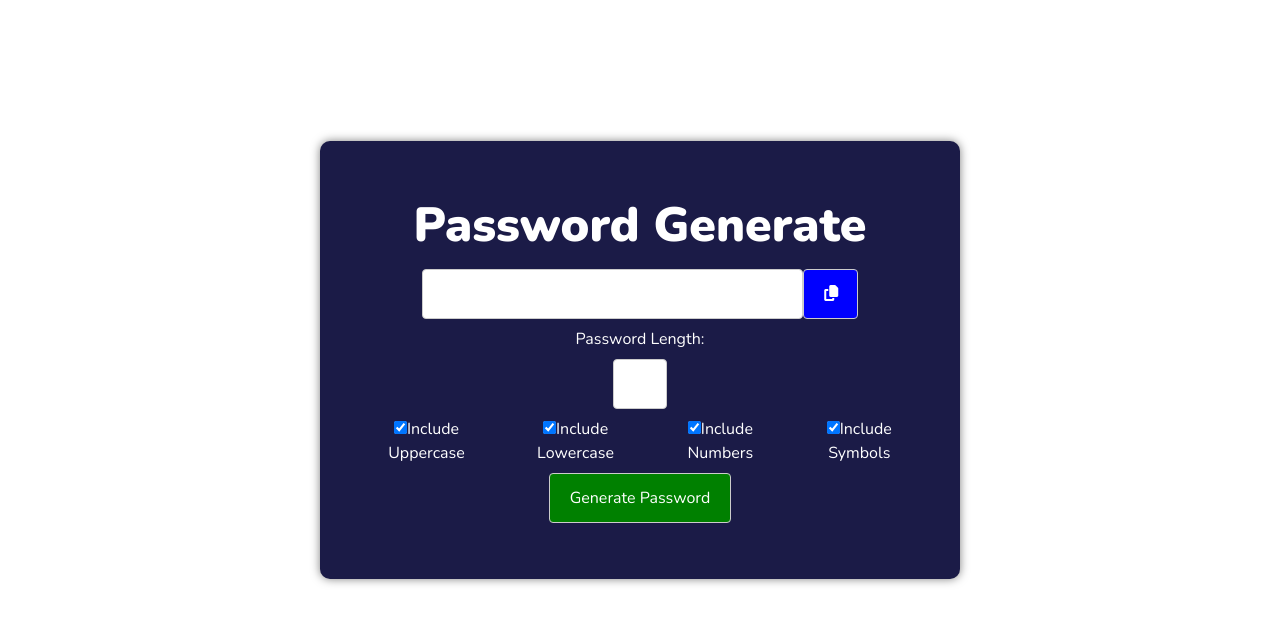
Repository: sriram1224/Password-generator
Page: / (app in password-generator/)
The author's editor kept a copy of each file at every save. The page is drawn from the files as they stood at one save, then again after the next save.
The browser window is 1280 px wide. The pictures show the whole page.
Some web fonts or font styles are not loaded; a fallback is used. Some web libraries are served in a nearby version. The project was rebuilt for these pictures with package versions that can differ from the ones it lists, and the page was loaded fresh each time.

Above is the page before, as saved 2024-03-10 22:00:38.

### password-generator/public/index.html
<!DOCTYPE html>
<html lang="en">

<head>
  <meta charset="utf-8" />
  <link rel="icon" href="%PUBLIC_URL%/favicon.ico" />
  <meta name="viewport" content="width=device-width, initial-scale=1" />
  <meta name="theme-color" content="#000000" />
  <meta name="description" content="Web site created using create-react-app" />

  <link rel="apple-touch-icon" href="%PUBLIC_URL%/logo192.png" />
  <link rel="stylesheet" href="https://cdnjs.cloudflare.com/ajax/libs/font-awesome/6.5.1/css/all.min.css"
    integrity="sha512-DTOQO9RWCH3ppGqcWaEA1BIZOC6xxalwEsw9c2QQeAIftl+Vegovlnee1c9QX4TctnWMn13TZye+giMm8e2LwA=="
    crossorigin="anonymous" referrerpolicy="no-referrer" />
  <link rel="manifest" href="%PUBLIC_URL%/manifest.json" />

  <title>React App</title>
</head>

<body>
  <noscript>You need to enable JavaScript to run this app.</noscript>
  <div id="root"></div>
  <script src="https://cdn.tailwindcss.com"></script>
</body>

</html>

### password-generator/src/App.js
import PasswordGenerator from './Components/content.js';
import './App.css';

function App() {
  return (
    <div className="App">
       <PasswordGenerator />

    </div>
  );
}

export default App;

### password-generator/src/Components/content.js
import React, { useState } from 'react';
import "./content.css"
const PasswordGenerator = () => {
  const [includeUppercase, setIncludeUppercase] = useState(true);

    const [includeLowercase, setIncludeLowercase] = useState(true);
  const [includeNumbers, setIncludeNumbers] = useState(true);

    const [includeSymbols, setIncludeSymbols] = useState(true);
  const [password, setPassword] = useState('');
  const [passwordLength, setPasswordLength] = useState(8);

  const generatePassword = () => {


      const uppercaseChars = 'ABCDEFGHIJKLMNOPQRSTUVWXYZ';
    const lowercaseChars = 'abcdefghijklmnopqrstuvwxyz';
    const numberChars = '0123456789';

      const symbolChars = '!@#$%^&*()_+-=[]{}|;:,.<>?';

    let chars = '';
    if (includeUppercase) chars += uppercaseChars;

      if (includeLowercase) chars += lowercaseChars;
    if (includeNumbers) chars += numberChars;

      if (includeSymbols) chars += symbolChars;

    let generatedPassword = '';

      for (let i = 0; i < passwordLength; i++) {
      const randomIndex = Math.floor(Math.random() * chars.length);
      generatedPassword += chars[randomIndex];
    }

      setPassword(generatedPassword);
  };

  const copyToClipboard = () => {
    navigator.clipboard.writeText(password);
  };

  return (
    <div class="main">

      <h1>Password Generate</h1>
      <div>
        <input type="text" readOnly value={password} class="text-input"	 />
        <button onClick={copyToClipboard} class="copy"><i class="fa-solid fa-copy"></i></button>
          </div>
          <div>
        <label>
                  Password Length:
                  <br></br>
          <input type="number" value={passwordLength} class="input-numbers" onChange={(e) => setPasswordLength(parseInt(e.target.value))} />
        </label>
          </div>
          <div class="checkboxed">
               <div>
        <label>
          <input type="checkbox" checked={includeUppercase} onChange={() => setIncludeUppercase(!includeUppercase)} />
          Include Uppercase
        </label>
      </div>
      <div>
        <label>
          <input type="checkbox" checked={includeLowercase} onChange={() => setIncludeLowercase(!includeLowercase)} />
          Include Lowercase
        </label>
      </div>
      <div>
        <label>
          <input type="checkbox" checked={includeNumbers} onChange={() => setIncludeNumbers(!includeNumbers)} />
          Include Numbers
        </label>
      </div>
      <div>
        <label>
          <input type="checkbox" checked={includeSymbols} onChange={() => setIncludeSymbols(!includeSymbols)} />
          Include Symbols
        </label>
              </div>
            </div>

          <button onClick={generatePassword} class="generate">Generate Password</button>
    </div>
  );
};

export default PasswordGenerator;

### password-generator/src/Components/content.css

@import url('https://fonts.googleapis.com/css2?family=Noto+Sans:ital,wght@0,100..900;1,100..900&family=Nunito:ital,wght@0,200..1000;1,200..1000&family=Protest+Revolution&display=swap');
*{
    margin: 0;
    padding: 0;
    box-sizing: border-box;
    font-family: 'Nunito', sans-serif;
}
.text-input{
    width: 70%;
    padding: 12px 20px;
    margin: 8px 0;
    display: inline-block;
    border: 1px solid #ccc;
    border-radius: 4px;
    box-sizing: border-box;
}
.copy{
    width: 10%;
    padding: 12px 20px;
    margin: 8px 0;
    display: inline-block;
    border: 1px solid #ccc;
    border-radius: 4px;
    box-sizing: border-box;
    background-color: blue;
    color: white;
}
.checkboxed{
    display: flex;
    gap: 2rem;
}
.generate{

    padding: 12px 20px;
    margin: 8px 0;
    display: inline-block;
    border: 1px solid #ccc;
    border-radius: 4px;
    box-sizing: border-box;
    background-color: green;
    color: white;
}
.input-numbers{
    width: 10%;
    padding: 12px 5px;
    margin: 8px 0;
    display: inline-block;
    border: 1px solid #ccc;
    border-radius: 4px;
    box-sizing: border-box;
}
@media screen and (max-width: 1100px) {


    .generate,
    .input-numbers {
        width: 100%;
    }

    .checkboxed {
        flex-direction: column;
        gap: 1rem;
    }
}
.main {
    padding: 3rem;
    border-radius:10px;
    background-color:rgb(27, 27, 71);
    color:white;
    box-shadow: 0px 0px 10px rgba(0, 0, 0, 0.5);
    /* Adjust as needed */
    position: absolute;
    top: 50%;
    left: 50%;
    transform: translate(-50%, -50%);
    /* Add width and height if necessary */
}
.main h1{
    font-size: 3rem;
    font-weight: 900;
}

Loaded but not shown: password-generator/src/index.js (common file); password-generator/src/index.css (common file); password-generator/src/reportWebVitals.js (common file); password-generator/src/App.css (common file)

After the next save:
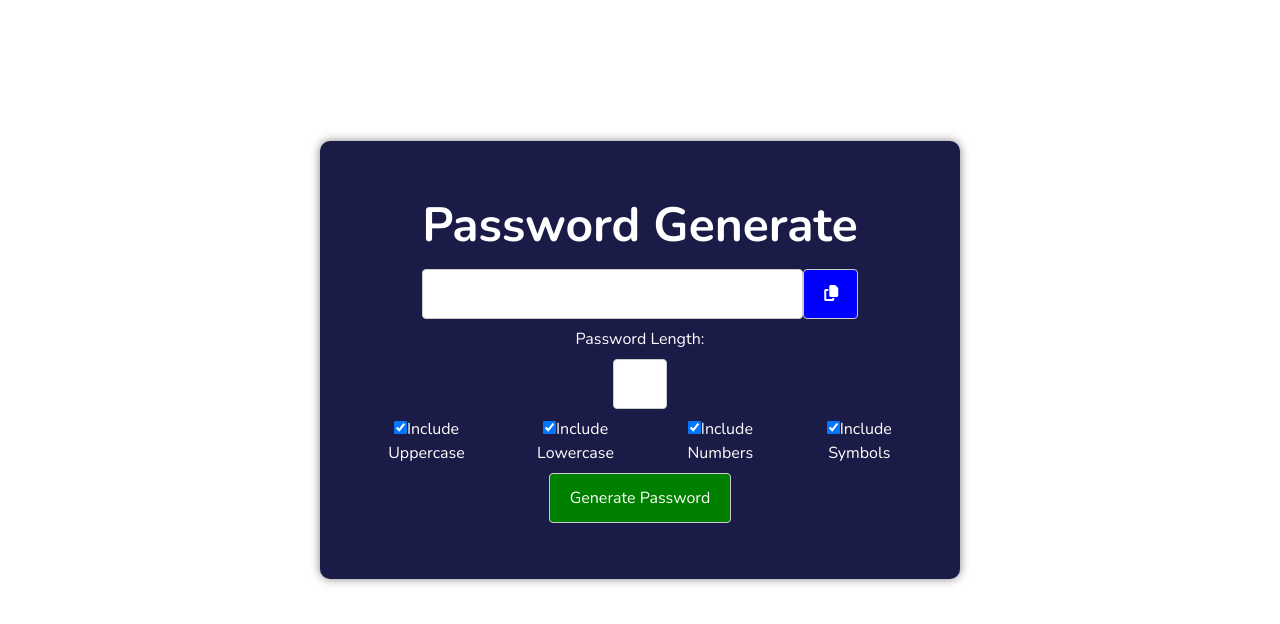
Saved 13 s later.
--- a/password-generator/src/Components/content.css
+++ b/password-generator/src/Components/content.css
@@ -78,5 +78,5 @@
 }
 .main h1{
     font-size: 3rem;
-    font-weight: 900;
+    font-weight: 700;
 }
